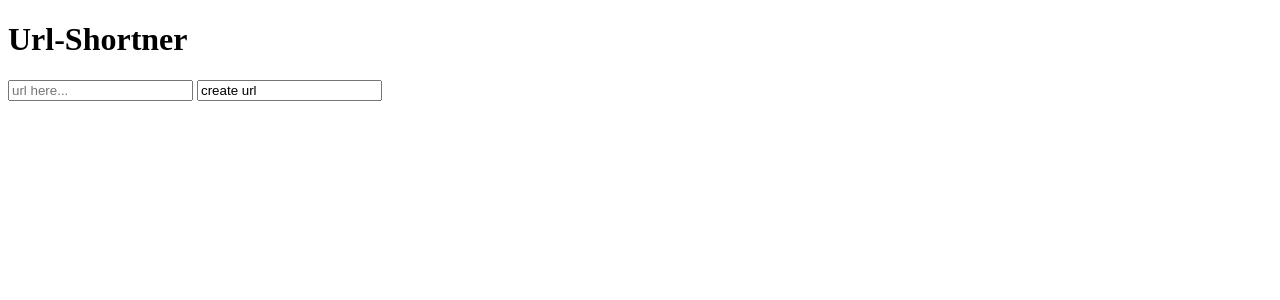
Repository: nandhuselvam/Task
Page: http://localhost/
An editor plug-in stored every save of this project. The page is shown before and after a run of saves, followed by the edit.
The browser window is 1280 px wide. The pictures show the whole page.
The page is served by the project's Node server (app.js).

Above is the page before, as saved 2024-03-05 14:10:51.

After the next 2 saves:
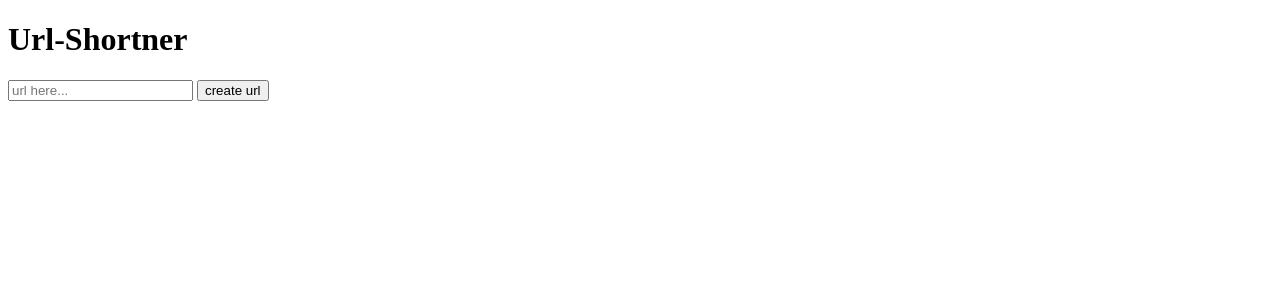
The 2 saves are shown as one change because they came seconds apart.
The last was saved 2 min 16 s later.
--- a/views/index.ejs
+++ b/views/index.ejs
@@ -9,7 +9,7 @@
 	<h1>Url-Shortner</h1>
 	<form action="/" method="post">
 		<input type="url" name="url" id="url" placeholder="url here..."/>
-		<input type="subit" value="create url"/>
+		<input type="submit" value="create url"/>
 	</form>
 </body>
 </html>
